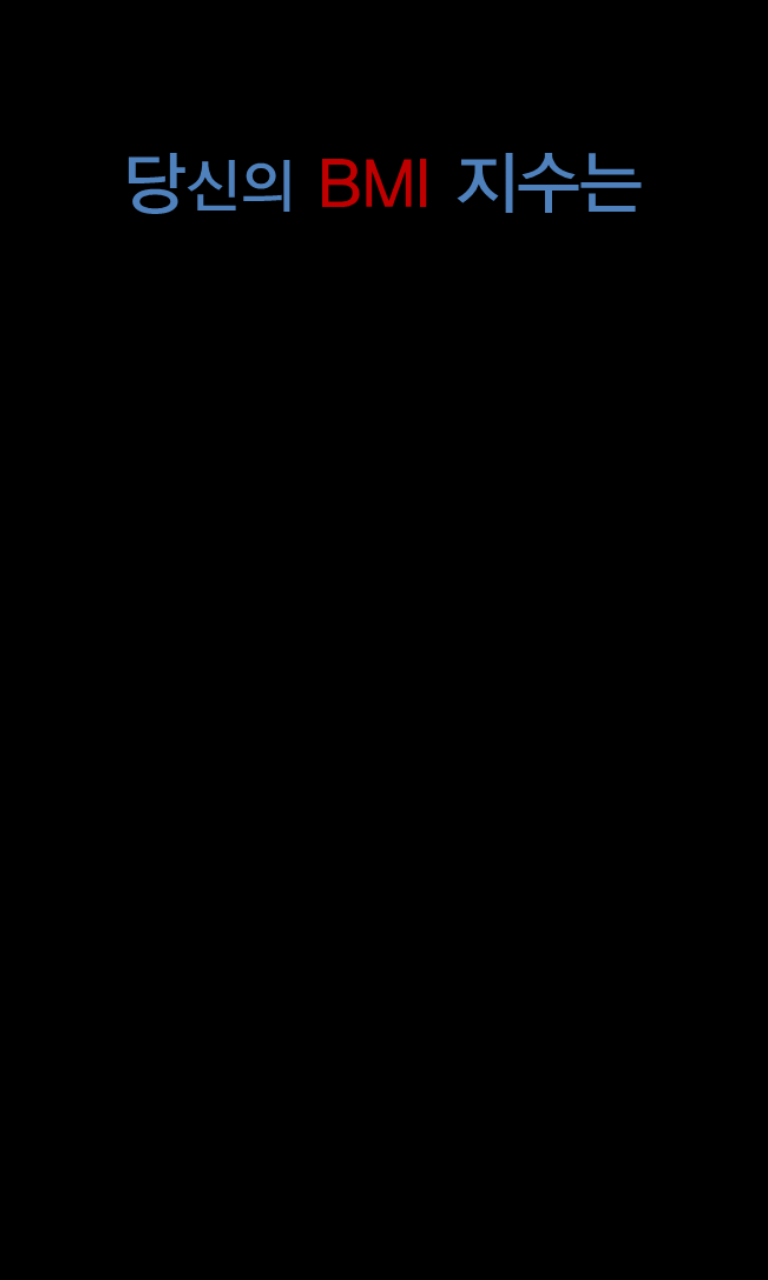
Repository: LewisLim579/2013TeamProject
Layout: PtsApp/res/layout/bmiresult.xml
These files come from the project's save history. The layout is drawn as it stood at one moment and after the next save; the edit follows.
It is drawn on a 768 x 1280 px phone screen (xhdpi) without system bars, with theme android:Theme.NoTitleBar.Fullscreen; the app's code is not run.

Above is the layout before, as saved 2013-05-23 05:01:45.

After the next save:
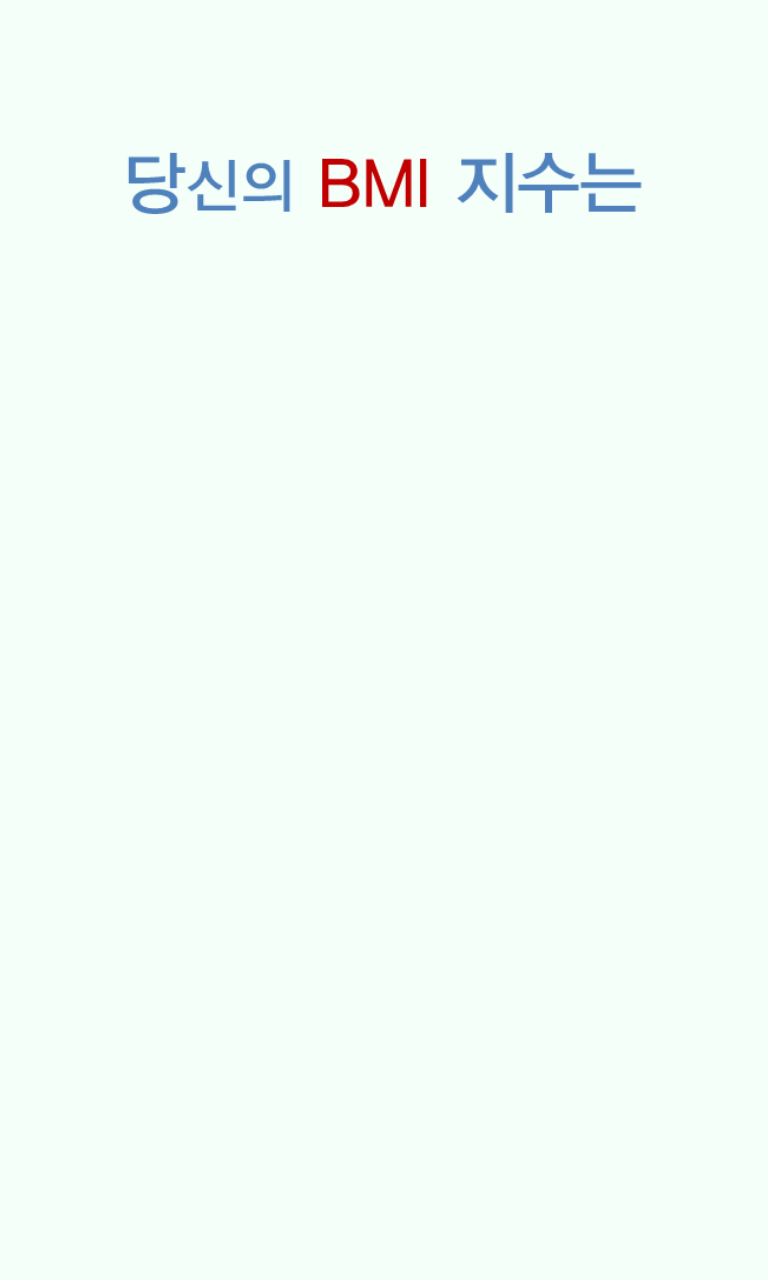
Saved 3 min 19 s later.
--- a/PtsApp/res/layout/bmiresult.xml
+++ b/PtsApp/res/layout/bmiresult.xml
@@ -1,7 +1,7 @@
 <LinearLayout xmlns:android="http://schemas.android.com/apk/res/android"
     android:layout_width="fill_parent"
     android:layout_height="fill_parent"
-    android:background="#00000000"
+    android:background="#FFF5FFFA"
     android:orientation="vertical" >
 
     <ImageView
@@ -12,4 +12,11 @@
         android:layout_marginTop="60dp"
         android:layout_gravity="center" />
 
+    <TextView
+        android:id="@+id/rebmi"
+        android:layout_width="wrap_content"
+        android:layout_height="wrap_content"
+        android:textAppearance="?android:attr/textAppearanceLarge"
+        android:layout_gravity="center" />
+
 </LinearLayout>
